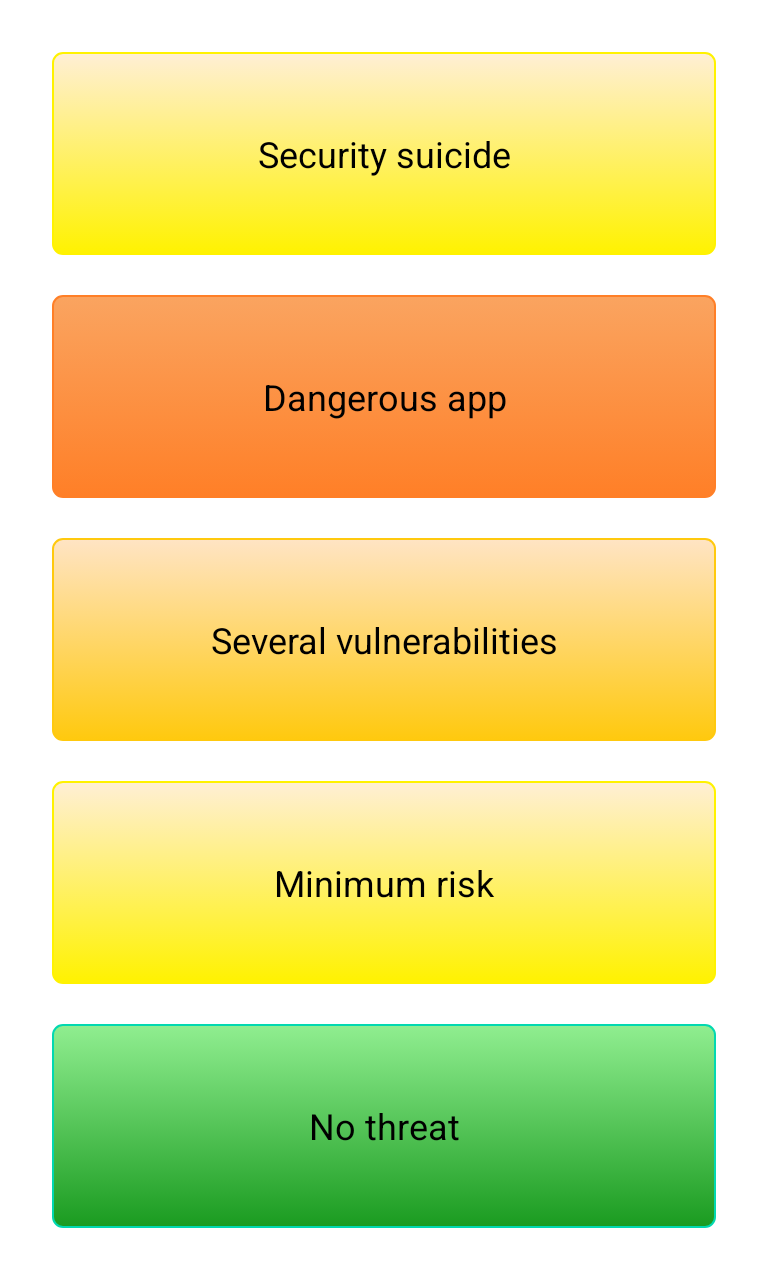
Repository: n0whereman/feidroid
Layout: Src/ApplicationViewer/res/layout/fragment_analysis2.xml
The author's editor kept a copy of each file at every save. The layout is drawn from the files as they stood at one save, then again after the next save.
It is drawn on a 768 x 1280 px phone screen (xhdpi) without system bars, with theme android:Theme.Holo.Light; the app's code is not run.

Above is the layout before, as saved 2015-04-25 20:30:49.

After the next save:
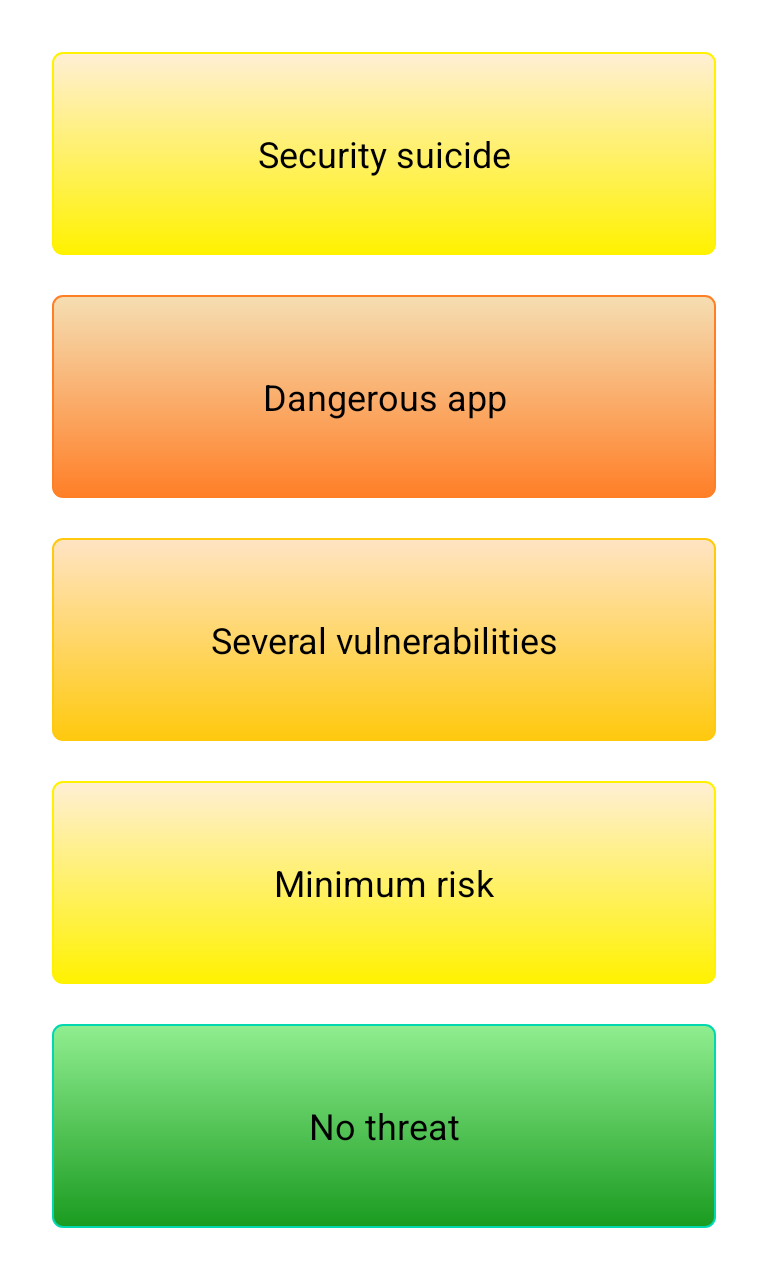
Saved 12 s later.
--- a/Src/ApplicationViewer/res/values/colors.xml
+++ b/Src/ApplicationViewer/res/values/colors.xml
@@ -26,7 +26,7 @@
 	<color name="button_amber">#FFC90E</color>
 
 	<!-- Orange -->
-	<color name="orange_temp">#FAA460</color>
+	<color name="orange_temp">#F5DEB3</color>
 	<color name="orange_dark">#FF7F27</color>
 	<color name="bright_orange">#FF7F27</color>
 	<color name="button_orange">#FF7F27</color>
